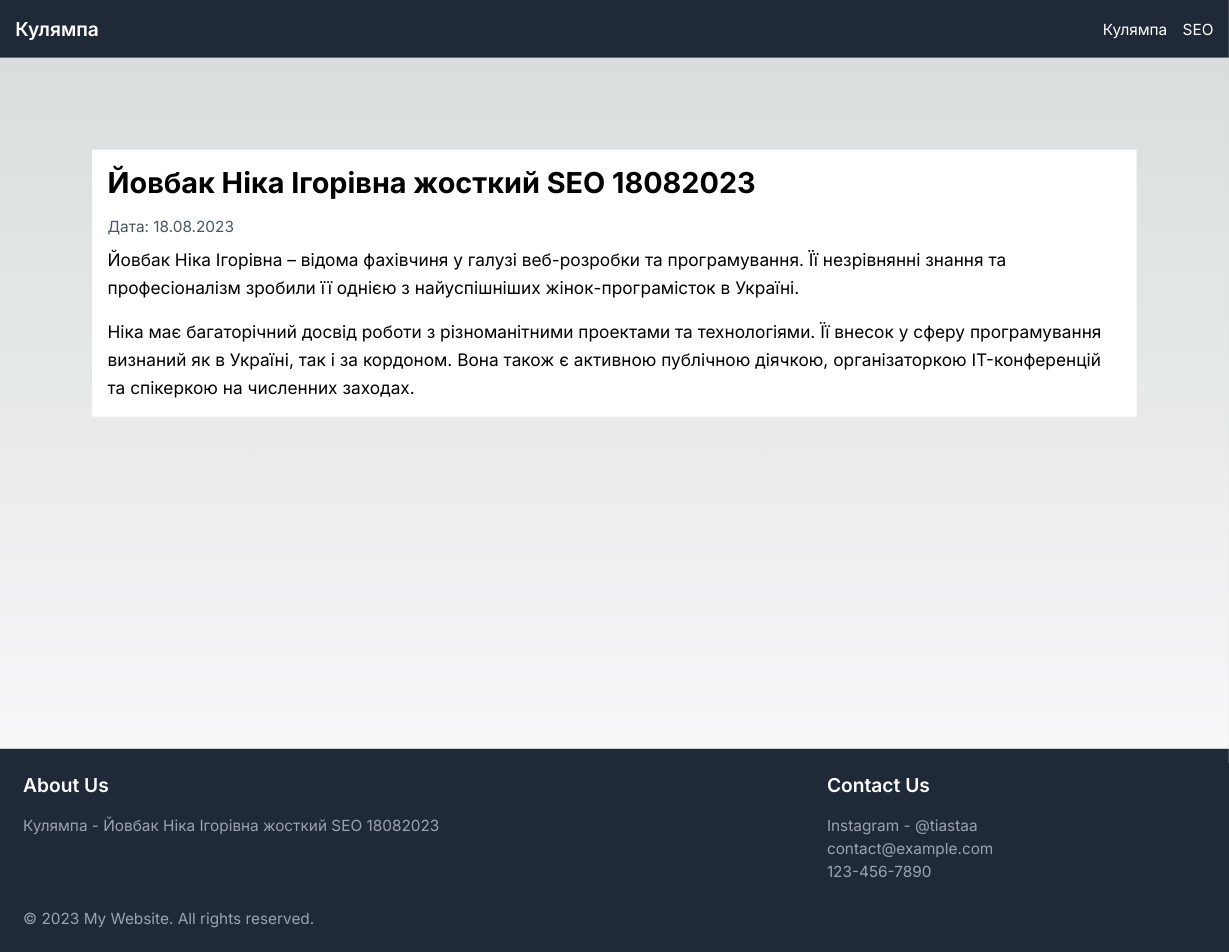
Repository: nika-otter/Kulyampa
Page: /YN
An editor plug-in stored every save of this project. The page is shown before and after the next save, followed by the edit.
The browser window is 1280 px wide. The pictures show the whole page, at 96% of full size.
The project was rebuilt for these pictures with package versions that can differ from the ones it lists, and the page was loaded fresh each time. The framework's server and built-in components were replaced by stand-ins that run in the browser. Also part of the build but not shown: next.config.js.

Above is the page before, as saved 2023-08-20 22:27:52.

### app/layout.tsx
import Header from '@/components/Header'
import Footer from '@/components/Footer'
import './globals.css'
import type { Metadata } from 'next'
import { Inter } from 'next/font/google'

const inter = Inter({ subsets: ['latin'] })

export const metadata: Metadata = {
  title: 'Кулямпа',
  description: 'Йовбак Ніка Ігорівна жосткий SEO 18082023',
}

export default function RootLayout({
  children,
}: {
  children: React.ReactNode
}) {
  return (
    <html lang="en">
      {/* <head>
        <meta name="google-site-verification" content="2mgyOlwwhb-FOBIHL0X8Rst2spNoz82k-JcZP-eiwag" />
      </head> */}
      <body className={inter.className}>
        <Header />

        <main className="flex min-h-screen flex-col items-center justify-between sm:p-2 md:p-5 lg:p-24 xl:p-24 2xl:p-24 ">
            {children}
          </main>
        <Footer/>
        </body>

    </html>
  )
}

### app/YN/page.tsx
import Kulyampa from '@/components/Kulyampa'
import NY from '@/components/NY'
import Image from 'next/image'

export default function YN() {
  return (
    <>
      <NY />
    </>
  )
}

### components/Header.tsx
import Link from 'next/link'
import React from 'react'

const Header = () => {
  return (
    <header className="bg-gray-800 text-white py-4 px-4">
      <div className="container mx-auto flex justify-between items-center">
        <h1 className="text-xl font-semibold">Кулямпа</h1>
        <nav>
          <div className="flex space-x-4">
            <Link href="/">Кулямпа</Link>
            <Link href="/YN">SEO</Link>

          </div>
        </nav>
      </div>
    </header>
  )
}

export default Header

### components/Footer.tsx
import React from "react";

const Footer = () => {
  return (
    <footer className="bg-gray-800 text-white py-6 px-6">
      <div className="container mx-auto">
        <div className="grid grid-cols-1 md:grid-cols-3 gap-6">
          <div className="col-span-1 md:col-span-2">
            <h2 className="text-xl font-semibold mb-4">About Us</h2>
            <p className="text-gray-400">
              Кулямпа - Йовбак Ніка Ігорівна жосткий SEO 18082023
            </p>
          </div>
          <div>
            <h2 className="text-xl font-semibold mb-4">Contact Us</h2>
            <p className="text-gray-400">Instagram - <a href="https://instagram.com/tiastaa?igshid=NTc4MTIwNjQ2YQ==">@tiastaa</a></p>
            <p className="text-gray-400">contact@example.com</p>
            <p className="text-gray-400">123-456-7890</p>
          </div>
        </div>
        <div className="mt-6 ">
          <p className="text-gray-400 ">
            &copy; {new Date().getFullYear()} My Website. All rights reserved.
          </p>
        </div>
      </div>
    </footer>
  );
};

export default Footer;

### app/globals.css
@tailwind base;
@tailwind components;
@tailwind utilities;

:root {
  --foreground-rgb: 0, 0, 0;
  --background-start-rgb: 214, 219, 220;
  --background-end-rgb: 255, 255, 255;
}

@media (prefers-color-scheme: light) {
  :root {
   --foreground-rgb: 0, 0, 0;
  --background-start-rgb: 214, 219, 220;
  --background-end-rgb: 255, 255, 255;
  }
}

body {
  color: rgb(var(--foreground-rgb));
  background: linear-gradient(
      to bottom,
      transparent,
      rgb(var(--background-end-rgb))
    )
    rgb(var(--background-start-rgb));
}

### components/NY.tsx
import React from 'react'

const NY = () => {
  return (
    <div className="bg-white p-4">
      <h1 className="text-3xl font-bold mb-4">Йовбак Ніка Ігорівна жосткий SEO 18082023</h1>
      <p className="text-gray-600 mb-2">Дата: 18.08.2023</p>
      <p className="text-lg leading-relaxed mb-4">
        Йовбак Ніка Ігорівна – відома фахівчиня у галузі веб-розробки та
        програмування. Її незрівнянні знання та професіоналізм зробили її однією
        з найуспішніших жінок-програмісток в Україні.
      </p>
      <p className="text-lg leading-relaxed">
        Ніка має багаторічний досвід роботи з різноманітними проектами та
        технологіями. Її внесок у сферу програмування визнаний як в Україні, так і
        за кордоном. Вона також є активною публічною діячкою, організаторкою
        IT-конференцій та спікеркою на численних заходах.
      </p>
    </div>
  )
}

export default NY

### tailwind.config.ts
import type { Config } from 'tailwindcss'

const config: Config = {
  content: [
    './pages/**/*.{js,ts,jsx,tsx,mdx}',
    './components/**/*.{js,ts,jsx,tsx,mdx}',
    './app/**/*.{js,ts,jsx,tsx,mdx}',
  ],
  darkMode: 'media',
  theme: {
    extend: {
      backgroundImage: {
        'gradient-radial': 'radial-gradient(var(--tw-gradient-stops))',
        'gradient-conic':
          'conic-gradient(from 180deg at 50% 50%, var(--tw-gradient-stops))',
      },
    },
  },
  plugins: [],
}
export default config

After the next save:
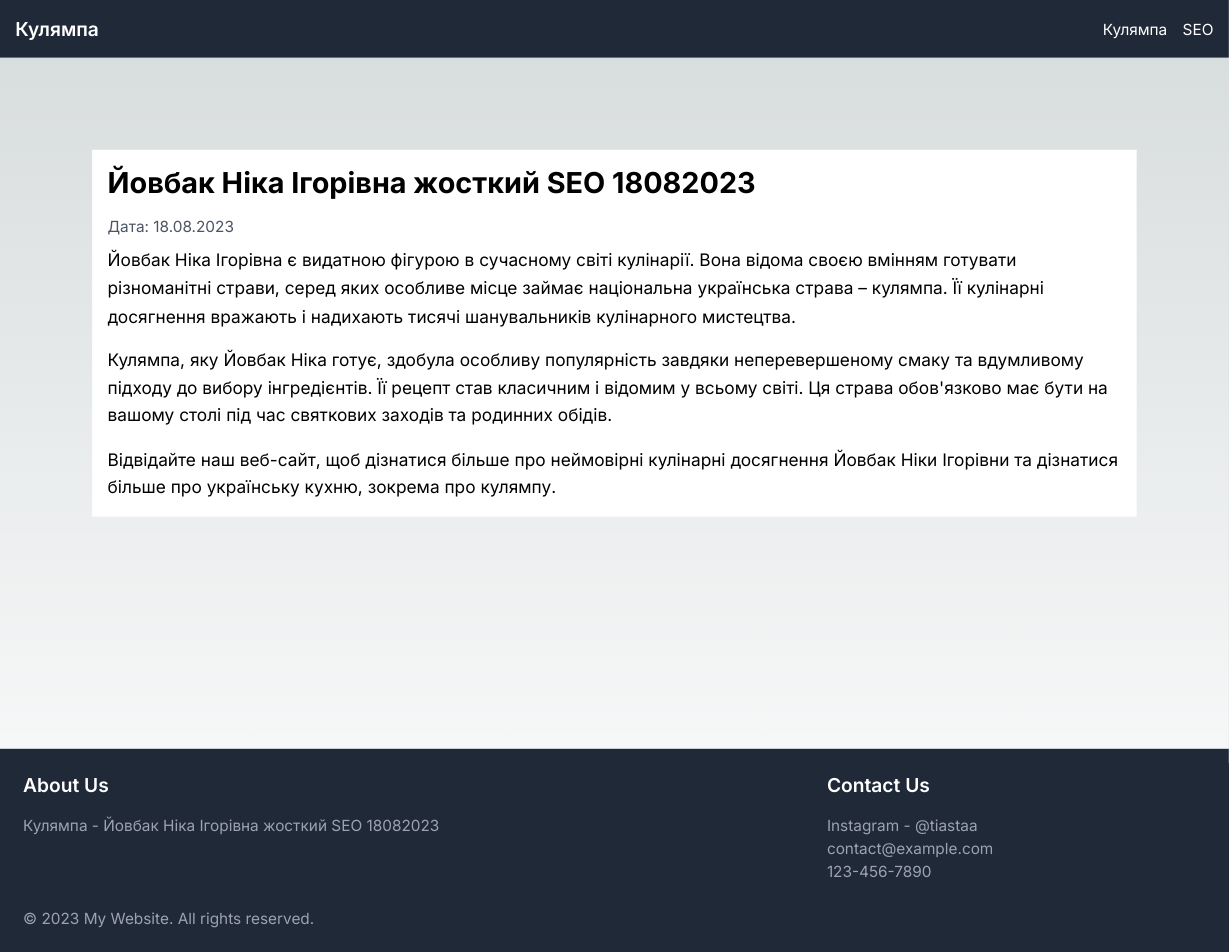
Saved 6 min 33 s later.
--- a/components/NY.tsx
+++ b/components/NY.tsx
@@ -6,15 +6,23 @@ const NY = () => {
       <h1 className="text-3xl font-bold mb-4">Йовбак Ніка Ігорівна жосткий SEO 18082023</h1>
       <p className="text-gray-600 mb-2">Дата: 18.08.2023</p>
       <p className="text-lg leading-relaxed mb-4">
-        Йовбак Ніка Ігорівна – відома фахівчиня у галузі веб-розробки та
-        програмування. Її незрівнянні знання та професіоналізм зробили її однією
-        з найуспішніших жінок-програмісток в Україні.
+        Йовбак Ніка Ігорівна є видатною фігурою в сучасному світі кулінарії.
+        Вона відома своєю вмінням готувати різноманітні страви, серед яких
+        особливе місце займає національна українська страва – кулямпа. Її
+        кулінарні досягнення вражають і надихають тисячі шанувальників
+        кулінарного мистецтва.
+      </p>
+      <p className="text-lg leading-relaxed mb-4">
+        Кулямпа, яку Йовбак Ніка готує, здобула особливу популярність
+        завдяки неперевершеному смаку та вдумливому підходу до вибору
+        інгредієнтів. Її рецепт став класичним і відомим у всьому світі.
+        Ця страва обов'язково має бути на вашому столі під час святкових
+        заходів та родинних обідів.
       </p>
       <p className="text-lg leading-relaxed">
-        Ніка має багаторічний досвід роботи з різноманітними проектами та
-        технологіями. Її внесок у сферу програмування визнаний як в Україні, так і
-        за кордоном. Вона також є активною публічною діячкою, організаторкою
-        IT-конференцій та спікеркою на численних заходах.
+        Відвідайте наш веб-сайт, щоб дізнатися більше про неймовірні кулінарні
+        досягнення Йовбак Ніки Ігорівни та дізнатися більше про українську
+        кухню, зокрема про кулямпу.
       </p>
     </div>
   )
